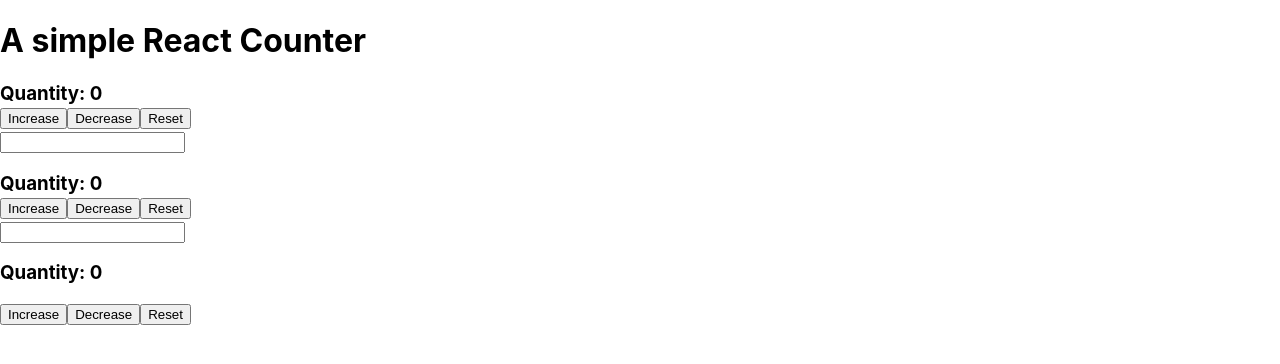
Repository: qudos4real/altschool-second-sem
Page: /
The author's editor kept a copy of each file at every save. The page is drawn from the files as they stood at one save, then again after the next save.
The browser window is 1280 px wide. The pictures show the whole page.
The project was rebuilt for these pictures with package versions that can differ from the ones it lists, and the page was loaded fresh each time. Also part of the build but not shown: src/App.css.

Above is the page before, as saved 2022-11-03 02:23:56.

### src/App.js
import Counter from './Counter';
import './App.css';
import Reducer from './Reducer';



function App() {

  return (
    <>
    <h1>
      A simple React Counter
    </h1>
    <Counter />
    <Counter />
    <Reducer />
    </>

  );
}

export default App;

### src/Counter.js
import React from "react";
import { useCounter } from "./useCounter";

function Counter() {
  const quantity = useCounter(0);
  return (
    <div>
      <h3>
        Quantity: {quantity.count}
        <br />
        <button onClick={quantity.increment}>Increase</button>
        <button onClick={quantity.decrement}>Decrease</button>
        <button onClick={quantity.reset}>Reset</button>
        <br />
        <input
          type="number"
          onChange={(e) => quantity.setValue(e.target.value)}
        />
      </h3>
    </div>
  );
}

export default Counter;

### src/Reducer.js
import React from 'react'
import { useReducer } from 'react';


function reducer(state, action) {
    switch (action.type) {
        case 'increment':
            return { count: state.count + 1 };
        case 'decrement':
            return { count: state.count - 1 };
        case 'reset':
            return { count: 0 };
        default:
            return state;
    }
}



 function Reducer() {
        const [state, dispatch] = useReducer(reducer, { count: 0 });
    return (
        <>
            <h3> Quantity: {state.count}</h3>
            <button onClick={() => dispatch({ type: 'increment' })}>Increase</button>
            <button onClick={() => dispatch({ type: 'decrement' })}>Decrease</button>
            <button onClick={() => dispatch({ type: 'reset' })}>Reset</button>

        </>
    )
 }

 export default Reducer

### src/useCounter.js
import { useState } from "react";

export const useCounter = (initialValue) => {
    const [count, setCount] = useState(initialValue);
    const increment = () => {
        setCount(count + 1);
    };
    const decrement = () => {
        count > 0 && setCount(count - 1);
    };
    const reset = () => {
        setCount(initialValue);
    };
    const setValue = (value) => {
        setCount(value);
    };
    return { count, increment, decrement, reset, setValue };
};

Loaded but not shown: public/index.html (common file); src/index.js (common file); src/index.css (common file); src/reportWebVitals.js (common file)

After the next save:
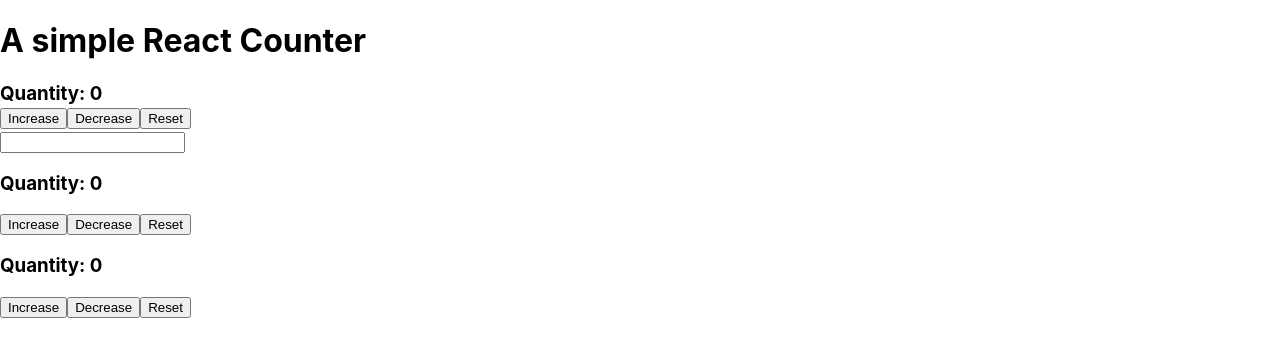
Saved 16 s later.
--- a/src/App.js
+++ b/src/App.js
@@ -12,7 +12,7 @@ function App() {
       A simple React Counter
     </h1>
     <Counter />
-    <Counter />
+    <Reducer />
     <Reducer />
     </>
 
